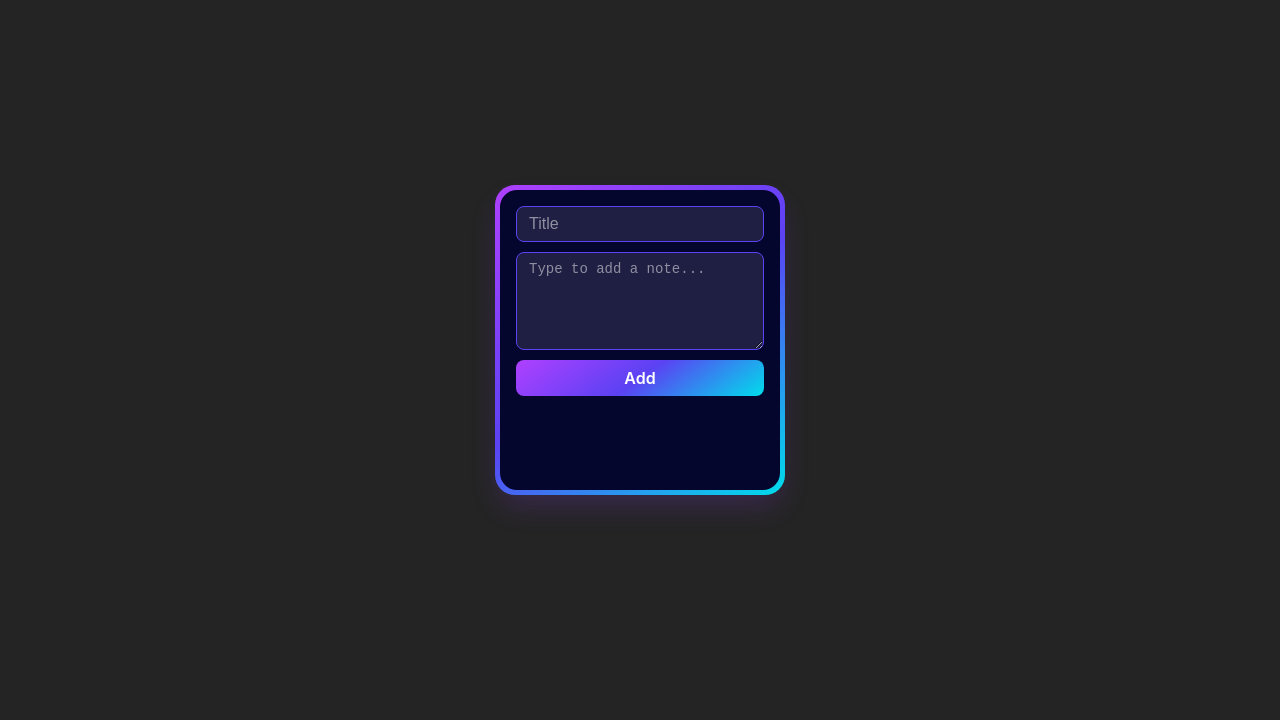
Repository: AJANI2005/Notes-App
Page: /
These files come from the project's save history. The page is drawn as it stood at one moment and after a run of saves; the edit follows.
The browser window is 1280 px wide. The pictures show the whole page.
The project was rebuilt for these pictures with package versions that can differ from the ones it lists, and the page was loaded fresh each time. Also part of the build but not shown: vite.config.ts, src/App.css, src/style/dialogbox.css, src/DialogBox.tsx.

Above is the page before, as saved 2025-07-31 18:46:29.

After the next 2 saves:
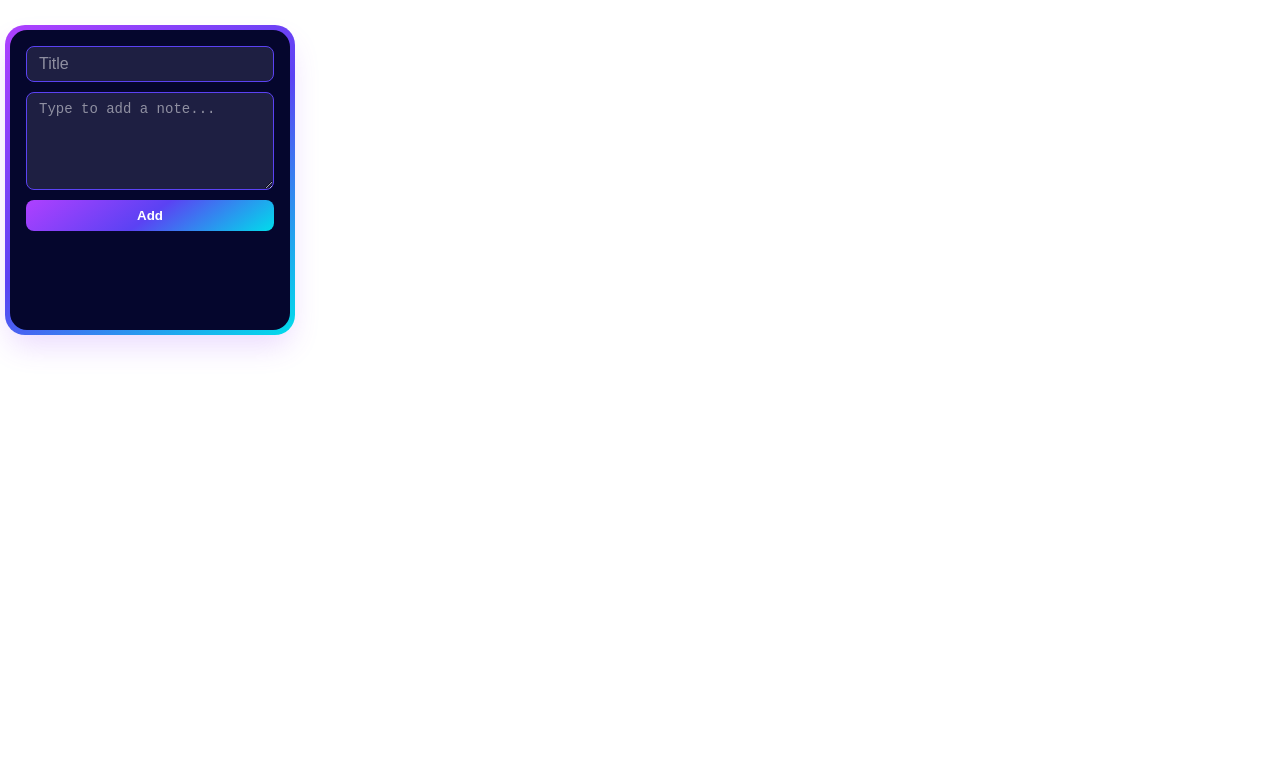
The 2 saves are shown as one change because they came seconds apart.
The last was saved 28 s later.
--- a/src/index.css
+++ b/src/index.css
@@ -1,62 +1,15 @@
 :root {
-  font-family: Inter, system-ui, Avenir, Helvetica, Arial, sans-serif;
-  line-height: 1.5;
-  font-weight: 400;
-
-  color-scheme: light dark;
-  color: rgba(255, 255, 255, 0.87);
-  background-color: #242424;
-
+  font-family: system-ui, Avenir, Helvetica, Arial, sans-serif;
   font-synthesis: none;
   text-rendering: optimizeLegibility;
   -webkit-font-smoothing: antialiased;
   -moz-osx-font-smoothing: grayscale;
 }
 
-a {
-  font-weight: 500;
-  color: #646cff;
-  text-decoration: inherit;
+body {
+    margin: 0;
+    font-family: 'Inter', sans-serif;
+    min-height: 100vh;
+    padding: 20px 0;
+    color: white;
 }
-a:hover {
-  color: #535bf2;
-}
-
-body {
-  margin: 0;
-  display: flex;
-  place-items: center;
-  min-width: 320px;
-  min-height: 100vh;
-}
-
-h1 {
-  font-size: 3.2em;
-  line-height: 1.1;
-}
-
-button {
-  border-radius: 8px;
-  border: 1px solid transparent;
-  padding: 0.6em 1.2em;
-  font-size: 1em;
-  font-weight: 500;
-  font-family: inherit;
-  background-color: #1a1a1a;
-  cursor: pointer;
-  transition: border-color 0.25s;
-}
-button:hover {
-  border-color: #646cff;
-}
-button:focus,
-button:focus-visible {
-  outline: 4px auto -webkit-focus-ring-color;
-}
-
-#root {
-  max-width: 1280px;
-  margin: 0 auto;
-  padding: 2rem;
-  text-align: center;
-}
